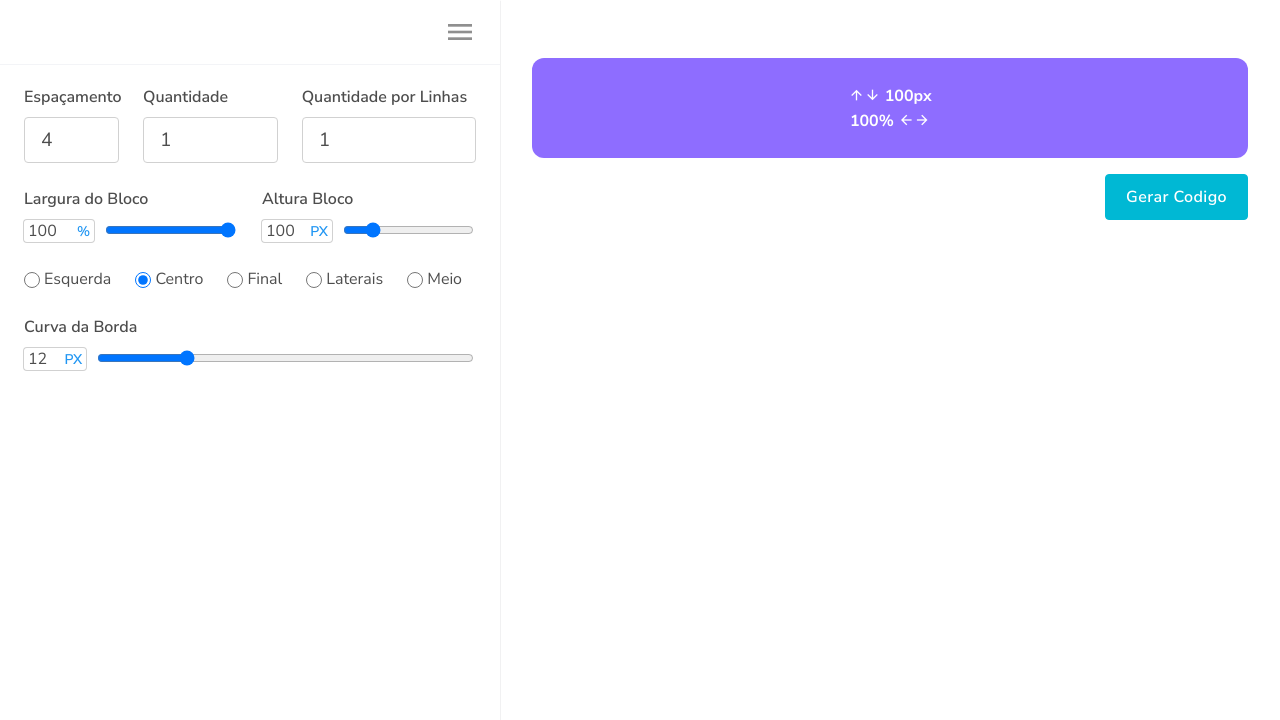
Repository: Flintdl/lowcode-elements
Page: /
These files come from the project's save history. The page is drawn as it stood at one moment and after the next save; the edit follows.
The browser window is 1280 px wide. The pictures show the whole page.
The project was rebuilt for these pictures with package versions that can differ from the ones it lists, and the page was loaded fresh each time. Also part of the build but not shown: vue.config.js.

Above is the page before, as saved 2022-04-05 13:32:15.

### src/components/Menu/MenuTemplate.vue
<template>
  <div>
    <div
      class="ham burger-link-mobile sf-display-flex sf-display-md-none"
      @click="menu"
    >
      <i class="mdi mdi-menu sf-text-xlg sf-text-muted sf-dropdown-action"></i>
    </div>
    <nav class="sf-menu">
      <div class="sf-menu-header">
        <div
          @click="menu"
          class="hamburger-link sf-display-none sf-display-md-block"
        >
          <i
            class="mdi mdi-menu sf-text-xlg sf-text-muted sf-dropdown-action"
          ></i>
        </div>
      </div>
      <div class="sf-menu-body">
        <ul class="sf-menu-ul">
          <li class="sf-menu-li sf-px-4">
            <div class="sf-row">
              <InputGapTemplate
                :valorInput="inputGap"
                v-on:callback="getValorCampo"
              />
              <InputQuantidadeTemplate
                :valorInput="inputQuantidade"
                v-on:callback="getValorCampoQuantidade"
              />
              <InputQuantLinhasTemplate
                :valorInput="inputQuantidadeLinha"
                v-on:callback="getValorCampoQuantidadeLinha"
              />

              <InputLarguraBloco
                :valorInput="inputRange"
                v-on:callback="getValorLarguraBloco"
              />

              <div class="sf-col-6 sf-form-group">
                <label class="sf-label">Altura Bloco</label>
                <div class="sf-input-group">
                  <div
                    class="sf-input-group-append sf-display-flex sf-justify-content-center"
                  >
                    <div
                      class="sf-display-flex sf-align-items-center sf-justify-content-center sf-border-left-0 sf-border-radius sf-border-radius-left-0 sf-pr-2 sf-text-info sf-font-weight-bold sf-min-80-px"
                    >
                      <div class="sf-input-group">
                        <input
                          type="number"
                          value="1"
                          min="1"
                          max="500"
                          v-model="valorHeight"
                          class="sf-text-md sf-height-fit-content sf-pr-0 sf-pl-1 sf-border-right-0 sf-border-radius-right-0 sf-text-capitalize"
                          placeholder="Curva da Borda"
                        />
                        <div
                          class="sf-input-group-append sf-display-flex sf-justify-content-center"
                        >
                          <div
                            class="sf-display-flex sf-align-items-center sf-border sf-justify-content-center sf-border-left-0 sf-border-radius sf-border-radius-left-0 sf-pr-1 sf-text-info sf-font-weight-bold sf-text-sm"
                          >
                            PX
                          </div>
                        </div>
                      </div>
                    </div>
                  </div>
                  <input
                    type="range"
                    min="10"
                    max="500"
                    id="valorHeight"
                    v-model="valorHeight"
                    class="sf-px-0 sf-border-right-0 sf-border-radius-right-0 sf-text-capitalize"
                  />
                </div>
              </div>
              <div class="sf-col-auto sf-form-group">
                <input
                  id="start"
                  type="radio"
                  name="positionDivs"
                  v-model="checkValue"
                  value="start"
                  checked
                />
                <label for="start"> Esquerda</label>
              </div>

              <div class="sf-col-auto sf-form-group">
                <input
                  type="radio"
                  id="center"
                  name="positionDivs"
                  v-model="checkValue"
                  value="center"
                />
                <label for="center"> Centro</label>
              </div>

              <div class="sf-col-auto sf-form-group">
                <input
                  type="radio"
                  id="end"
                  name="positionDivs"
                  v-model="checkValue"
                  value="end"
                />
                <label for="end"> Final</label>
              </div>
              <div class="sf-col-auto sf-form-group">
                <input
                  type="radio"
                  id="between"
                  name="positionDivs"
                  v-model="checkValue"
                  value="between"
                />
                <label for="between"> Laterais</label>
              </div>
              <div class="sf-col-auto sf-form-group">
                <input
                  type="radio"
                  id="around"
                  name="positionDivs"
                  v-model="checkValue"
                  value="around"
                />
                <label for="around"> Meio</label>
              </div>
              <div class="sf-col-12 sf-form-group">
                <label class="sf-label">Curva da Borda</label>
                <div class="sf-input-group">
                  <div
                    class="sf-input-group-append sf-display-flex sf-justify-content-center"
                  >
                    <div
                      class="sf-display-flex sf-align-items-center sf-justify-content-center sf-border-left-0 sf-border-radius sf-border-radius-left-0 sf-pr-2 sf-text-info sf-font-weight-bold sf-min-60-px"
                    >
                      <div class="sf-input-group">
                        <input
                          type="number"
                          value="1"
                          min="1"
                          max="50"
                          v-model="inputBorderRadius"
                          class="sf-text-md sf-height-fit-content sf-pr-0 sf-pl-1 sf-border-right-0 sf-border-radius-right-0 sf-text-capitalize"
                          placeholder="Curva da Borda"
                        />
                        <div
                          class="sf-input-group-append sf-display-flex sf-justify-content-center"
                        >
                          <div
                            class="sf-display-flex sf-align-items-center sf-border sf-justify-content-center sf-border-left-0 sf-border-radius sf-border-radius-left-0 sf-pr-1 sf-text-info sf-font-weight-bold sf-text-sm"
                          >
                            PX
                          </div>
                        </div>
                      </div>
                    </div>
                  </div>
                  <input
                    type="range"
                    value="1"
                    min="1"
                    max="50"
                    id="inputBorderRadius"
                    v-model="inputBorderRadius"
                    class="sf-px-0 sf-border-right-0 sf-border-radius-right-0 sf-text-capitalize"
                    placeholder="Curva da Borda"
                  />
                </div>
              </div>
            </div>
          </li>
        </ul>
      </div>
    </nav>
    <div class="sf-content-page">
      <HomeView
        :valor="inputRange"
        :inputGap="inputGap"
        :valorHeight="valorHeight"
        :quantidade="parseInt(inputQuantidade)"
        :quantidadeLinha="inputQuantidadeLinha"
        :inputBorderRadius="inputBorderRadius"
        :checkValue="checkValue"
      />
    </div>
    <div class="ga-mascara-fundo" @click="mask"></div>
  </div>
</template>

<script>
import HomeView from "@/views/HomeView.vue";
import InputGapTemplate from "@/components/templates/InputGapTemplate.vue";
import InputQuantidadeTemplate from "@/components/templates/InputQuantidadeTemplate.vue";
import InputQuantLinhasTemplate from "@/components/templates/InputQuantLinhasTemplate.vue";
import InputLarguraBloco from "@/components/templates/InputLarguraBloco.vue";
import image from "@/assets/logo-soften.webp";

export default {
  name: "MenuTemplate",
  data: function () {
    return {
      inputQuantidade: (this.inputQuantidade = "1"),
      inputQuantidadeLinha: (this.inputQuantidadeLinha = "1"),
      inputBorderRadius: (this.inputBorderRadius = "12"),
      inputRange: (this.inputRange = "100"),
      valorHeight: (this.valorHeight = "100"),
      inputGap: (this.inputGap = "4"),
      checkValue: (this.checkValue = "center"),
      image: image,
    };
  },
  components: {
    HomeView,
    InputGapTemplate,
    InputQuantidadeTemplate,
    InputQuantLinhasTemplate,
    InputLarguraBloco,
  },
  beforeMount() {
    if (window.innerWidth >= 768) {
      if (localStorage.getItem("menu") === "fechado") {
        document.body.classList.add("menu-fechado");
      } else {
        document.body.classList.remove("menu-fechado");
      }
    }

    (function () {
      var current = window.location.pathname.split("")[0];
      if (current === "") return;
      var menuItems = document.querySelectorAll(".sf-menu-list-link");
      for (var i = 0, len = menuItems.length; i < len; i++) {
        if (menuItems[i].getAttribute("href").indexOf(current) !== -1) {
          menuItems[i].className += " active-nolink";
          menuItems[i].nextElementSibling.className += " active-nolink";
        }
      }
    })();
  },
  methods: {
    menu() {
      if (window.innerWidth >= 768) {
        document.body.classList.toggle("menu-fechado");
        if (document.body.classList.contains("menu-fechado")) {
          localStorage.setItem("menu", "fechado");
        } else {
          localStorage.removeItem("menu");
        }
      } else {
        document.body.classList.toggle("menu-mobile-aberto");
      }
    },
    mask() {
      document.body.classList.remove("menu-mobile-aberto");
    },
    getValorCampo(valor) {
      this.inputGap = valor;
    },
    getValorCampoQuantidade(valor) {
      this.inputQuantidade = valor;
    },
    getValorCampoQuantidadeLinha(valor) {
      this.inputQuantidadeLinha = valor;
    },
    getValorLarguraBloco(valor) {
      this.inputRange = valor;
    },
  },
};

// function dropdown(menu) {
//   var dropdowns = document.getElementsByClassName("sf-dropdown-menu");
//   var i;
//   for (i = 0; i < dropdowns.length; i++) {
//     var openDropdown = dropdowns[i];
//     if (openDropdown.classList.contains("show")) {
//       openDropdown.classList.remove("show");
//     }
//   }
//   document.querySelector(menu).classList.toggle("show");
// }
</script>

<style lang="scss">
@import "@/assets/scss/style.scss";
@import "@/assets/scss/standard.scss";
@import "@/assets/scss/menu.scss";
</style>

### src/assets/scss/_variables.scss
// Primarys Colors
$standardTextColor: #4d4d4d;

$primaryColor: #8e6dff;
$secondaryColor: #009997;
$buttonDisableColor: #9c9c9c;
$buttonDisableBgColor: #7676764d;

// Menu Colors

$bgMenuColor: #1d1d1d;
$linkMenuColor: #7b8089;
$iconMenuColor: #2a2a2a;
$borderMenuColor: #323232;

// Botão Colors

$btnPrimary: #00b8d4;
$btnPrimaryHover: #0085b0;

// Generics Colors

$whiteColor: #ffffff;
$mutedColor: #8f8f8f;
$cardColor: #f3f4f7;
$cardColorLight: #f9fafc;
$cardColorLightTwo: #f1f5fc;
$greyLight: #d1d1d1;

// Dropdown Colors

$dropdownHeaderColor: #5f5f5f;
$dropdownColor: #ebffff;

// State Colors

$successColor: #3dc661;
$dangerColor: #e7515a;
$warningColor: #e2a03f;
$infoColor: #2196f3;
$defaultColor: #172b4d;
$lightColor: #e0e0e0;

### src/views/HomeView.vue
<template>
  <div>
    <div class="sf-row">
      <div
        id="sf-preview-code-content"
        class="sf-col-12 sf-mx-auto sf-position-relative"
      >
        <!-- <div class="sf-display-flex sf-flex-wrap sf-width-100">
          <div
            id="sf-grid-template"
            class="sf-grid sf-position-relative"
            :style="{
              width: cssProps.width,
              height: String(valorHeight) + 'px',
              left: inputGap / 2 + 'px',
            }"
            v-bind:key="n"
            v-for="n of quantidade"
          ></div>
        </div> -->
        <div id="sf-preview-code">
          <div
            :style="gapProps"
            :class="[
              'sf-display-flex sf-flex-wrap sf-width-100',
              'sf-justify-content-' + checkValue,
            ]"
          >
            <DivGrid
              v-bind:key="n"
              v-for="n of quantidade"
              :tamanho="String(valor)"
              :altura="String(valorHeight)"
              class="sf-position-relative"
              :cssDefinido="cssProps"
            />
          </div>
        </div>
      </div>
      <div class="sf-col-12 sf-mt-3 sf-display-flex sf-justify-content-end">
        <button class="sf-btn sf-btn-primary" @click="gerarCodigo">
          Gerar Codigo
        </button>
      </div>
    </div>
    <div class="sf-row" v-if="htmlPreviewCode">
      <div class="sf-col-12 sf-mx-auto sf-mt-5 sf-code-content">
        <div class="sf-bg-code sf-p-4 sf-border-radius">
          <code>
            <span class="sf-text-info">Código do Preview</span> <br />
            {{ htmlPreviewCode }}
          </code>
        </div>
      </div>
    </div>
  </div>
</template>

<script>
// @ is an alias to /src

import DivGrid from "@/components/templates/DivGrid.vue";

export default {
  name: "HomeView",
  data: function () {
    return {
      htmlPreviewCode: null,
    };
  },
  components: {
    DivGrid,
  },
  props: {
    valor: String,
    inputGap: String,
    quantidade: Number,
    valorHeight: String,
    quantidadeLinha: String,
    inputBorderRadius: String,
    checkValue: String,
  },
  computed: {
    cssProps() {
      return {
        width: `calc((${this.valor}% - ${this.inputGap}px * ${
          this.quantidadeLinha - "1"
        }) / ${this.quantidadeLinha})`,
        height: this.valorHeight + "px",
        "border-radius": this.inputBorderRadius + "px",
      };
    },
    gapProps() {
      return {
        gap: this.inputGap + "px",
      };
    },
  },
  methods: {
    gerarCodigo() {
      this.htmlPreviewCode =
        document.getElementById("sf-preview-code").innerHTML;
    },
  },
};
</script>

<style>
#sf-grid-template:after {
  content: "";
  width: 100%;
  height: 150%;
  top: -25%;
  background-color: #ff008c0a;
  border: 1px solid rgba(255, 0, 140, 0.103);
  border-left: 2px solid #ff008c38;
  border-right: 2px solid #ff008c38;
  position: absolute;
}
</style>

### src/components/templates/InputGapTemplate.vue
<template>
  <div class="sf-col-3 sf-form-group">
    <label class="sf-label">Espaçamento</label>
    <input
      type="number"
      min="1"
      max="12"
      value="2"
      id="inputGap"
      v-model="valor"
      class="filter-states sf-text-capitalize"
      placeholder="Quantidade de Blocos"
    />
  </div>
</template>

<script>
export default {
  props: {
    valorInput: String,
  },
  computed: {
    valor: {
      get() {
        var inp = this.valorInput;
        return inp;
      },
      set(valorInput) {
        this.$emit("callback", valorInput);
      },
    },
  },
};
</script>

<style></style>

### src/components/templates/InputQuantidadeTemplate.vue
<template>
  <div class="sf-col-4 sf-form-group">
    <label class="sf-label">Quantidade</label>
    <input
      type="number"
      value="1"
      id="inputQuantidade"
      v-model="valor"
      class="filter-states sf-text-capitalize"
      placeholder="Quantidade de Blocos"
    />
  </div>
</template>

<script>
export default {
  props: {
    valorInput: String,
  },
  computed: {
    valor: {
      get() {
        var inp = this.valorInput;
        return inp;
      },
      set(valorInput) {
        this.$emit("callback", valorInput);
      },
    },
  },
};
</script>

<style></style>

### src/components/templates/InputQuantLinhasTemplate.vue
<template>
  <div class="sf-col-5 sf-form-group">
    <label class="sf-label">Quantidade por Linhas</label>
    <input
      type="number"
      min="1"
      max="12"
      value="1"
      id="inputQuantidadeLinha"
      v-model="valor"
      class="filter-states sf-text-capitalize"
      placeholder="Quantidade Linha"
    />
  </div>
</template>

<script>
export default {
  props: {
    valorInput: String,
  },
  computed: {
    valor: {
      get() {
        var inp = this.valorInput;
        return inp;
      },
      set(valorInput) {
        this.$emit("callback", valorInput);
      },
    },
  },
};
</script>

<style></style>

### src/components/templates/InputLarguraBloco.vue
<template>
  <div class="sf-col-6 sf-form-group">
    <label class="sf-label">Largura do Bloco</label>
    <div class="sf-input-group">
      <div
        class="sf-input-group-append sf-display-flex sf-justify-content-center"
      >
        <div
          class="sf-display-flex sf-align-items-center sf-justify-content-center sf-border-left-0 sf-border-radius sf-border-radius-left-0 sf-pr-2 sf-text-info sf-font-weight-bold sf-min-80-px"
        >
          <div class="sf-input-group">
            <input
              type="number"
              value="1"
              min="1"
              max="100"
              v-model="valor"
              class="sf-text-md sf-height-fit-content sf-pr-0 sf-pl-1 sf-border-right-0 sf-border-radius-right-0 sf-text-capitalize"
              placeholder="Curva da Borda"
            />
            <div
              class="sf-input-group-append sf-display-flex sf-justify-content-center"
            >
              <div
                class="sf-display-flex sf-align-items-center sf-border sf-justify-content-center sf-border-left-0 sf-border-radius sf-border-radius-left-0 sf-pr-1 sf-text-info sf-font-weight-bold sf-text-sm"
              >
                %
              </div>
            </div>
          </div>
        </div>
      </div>
      <input
        type="range"
        min="10"
        max="100"
        value="10"
        id="inputRange"
        v-model="valor"
        class="sf-px-0 sf-border-right-0 sf-border-radius-right-0 sf-text-capitalize"
      />
    </div>
  </div>
</template>

<script>
export default {
  props: {
    valorInput: String,
  },
  computed: {
    valor: {
      get() {
        var inp = this.valorInput;
        return inp;
      },
      set(valorInput) {
        this.$emit("callback", valorInput);
      },
    },
  },
};
</script>

<style></style>

### src/components/templates/DivGrid.vue
<template>
  <div
    class="sf-bg-primary sf-position-relative sf-overflow-hidden"
    :style="cssDefinido"
  >
    <span
      class="sf-position-absolute sf-centerAbsolute-xy sf-text-white sf-font-weight-extra-bold sf-text-center"
      :style="tamanho"
    >
      <i
        class="mdi mdi-arrow-up sf-text-md sf-text-white sf-dropdown-action"
      ></i>
      <i
        class="mdi mdi-arrow-down sf-text-md sf-text-white sf-dropdown-action"
      ></i>
      {{ altura }}px <br />

      {{ tamanho }}%
      <i
        class="mdi mdi-arrow-left sf-text-md sf-text-white sf-dropdown-action"
      ></i>
      <i
        class="mdi mdi-arrow-right sf-text-md sf-text-white sf-dropdown-action"
      ></i>
    </span>
  </div>
</template>

<script>
export default {
  props: {
    cssDefinido: Object,
    tamanho: String,
    altura: String,
  },
};
</script>

<style></style>

Loaded but not shown: public/index.html (common file); src/main.js (common file); src/App.vue (common file); src/registerServiceWorker.js (common file); src/router/index.js (common file); src/assets/scss/materialdesignicons.scss (9 lines, source omitted); src/assets/scss/style.scss (4095 lines, source omitted); src/assets/scss/menu.scss (396 lines, source omitted); src/assets/scss/standard.scss (381 lines, source omitted)

After the next save:
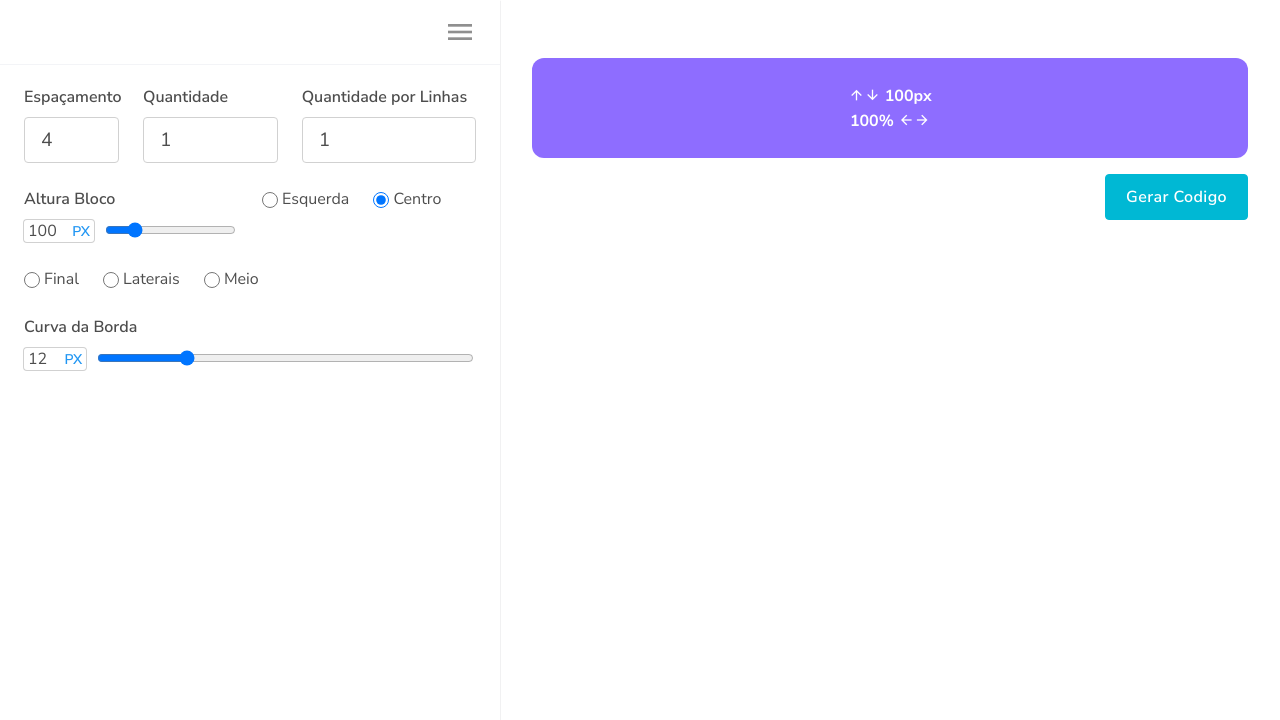
Saved 14 s later.
--- a/src/components/Menu/MenuTemplate.vue
+++ b/src/components/Menu/MenuTemplate.vue
@@ -33,11 +33,11 @@
                 :valorInput="inputQuantidadeLinha"
                 v-on:callback="getValorCampoQuantidadeLinha"
               />
-
+              <!--
               <InputLarguraBloco
                 :valorInput="inputRange"
                 v-on:callback="getValorLarguraBloco"
-              />
+              /> -->
 
               <div class="sf-col-6 sf-form-group">
                 <label class="sf-label">Altura Bloco</label>

After the save that followed:
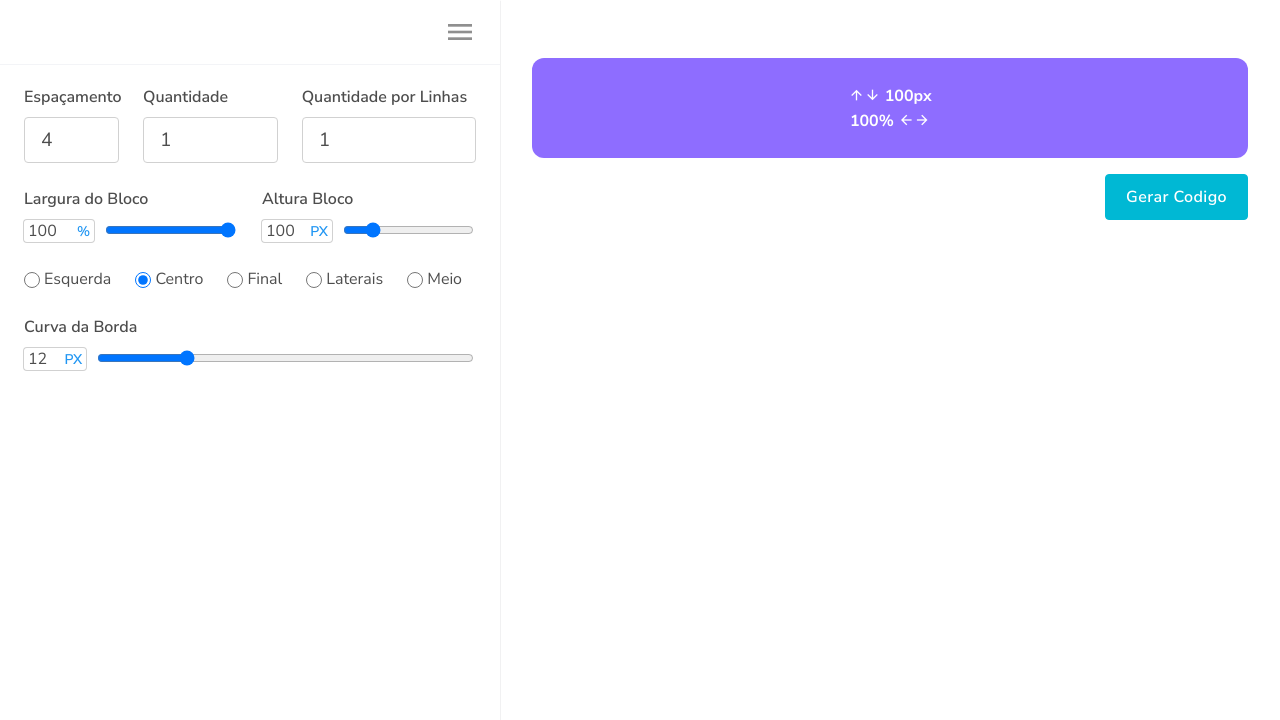
Saved 8 s later.
--- a/src/components/Menu/MenuTemplate.vue
+++ b/src/components/Menu/MenuTemplate.vue
@@ -33,11 +33,11 @@
                 :valorInput="inputQuantidadeLinha"
                 v-on:callback="getValorCampoQuantidadeLinha"
               />
-              <!--
+
               <InputLarguraBloco
                 :valorInput="inputRange"
                 v-on:callback="getValorLarguraBloco"
-              /> -->
+              />
 
               <div class="sf-col-6 sf-form-group">
                 <label class="sf-label">Altura Bloco</label>
